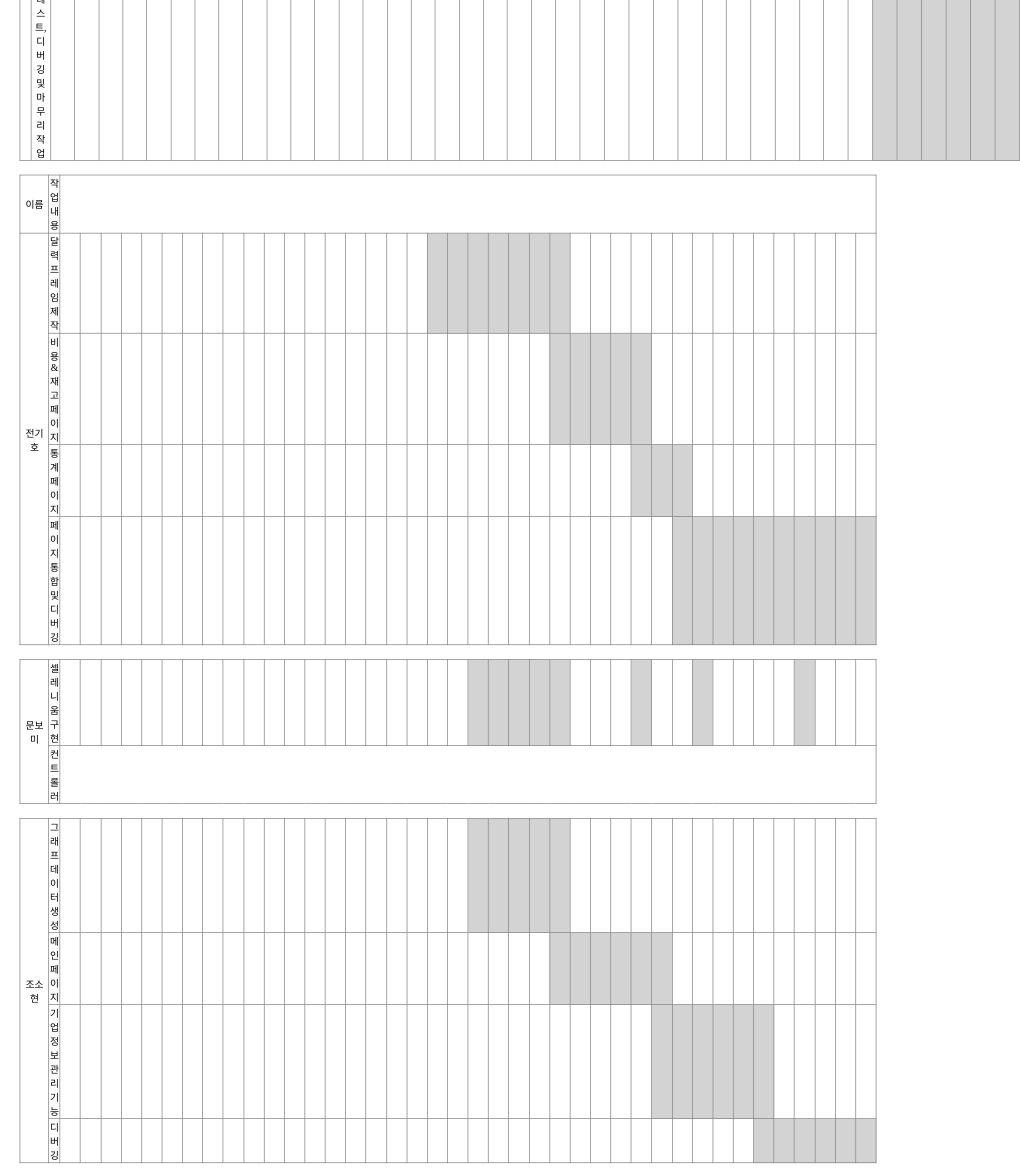
Repository: JEON-KIHO/finalProject
Page: http://localhost/ERP/WEB-INF/views/schedule.jsp
These files come from the project's save history. The page is drawn as it stood at one moment and after the next save; the edit follows.
The browser window is 1280 px wide. The page is 1457 px wide, so the pictures cover 1457 px, including what lies to the right of the window. The pictures show the part of the page from y = 462 to 2142 px (the page is 3191 px tall before and 2119 px after), at 70% of full size.
The page is served by Tomcat 9. Nobody is signed in. The template is opened directly, without the code that normally fills it, so the values that code supplies are empty.

Above is the page before, as saved 2020-12-24 08:26:47.

After the next save:
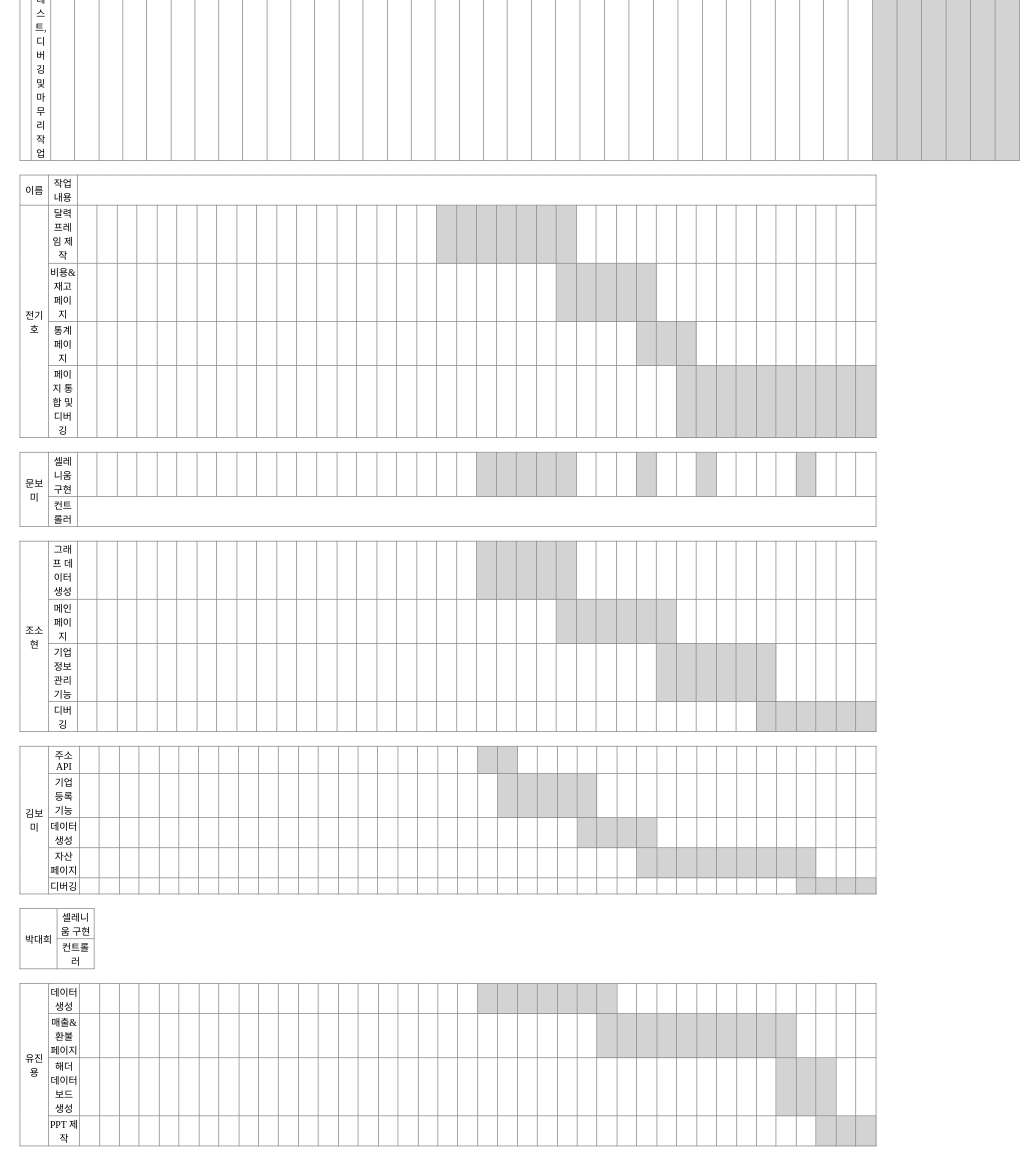
Saved 13 s later.
--- a/ERP/src/main/webapp/WEB-INF/views/schedule.jsp
+++ b/ERP/src/main/webapp/WEB-INF/views/schedule.jsp
@@ -9,6 +9,7 @@
 	table{font-size:14px; text-align:center; border-collapse:collapse; margin:20px;}
 	.black {background:lightgray;}
 	.day, .black, .white {width:38px;}
+	.sub {width:50px;}
 </style>
 </head>
 <body>
